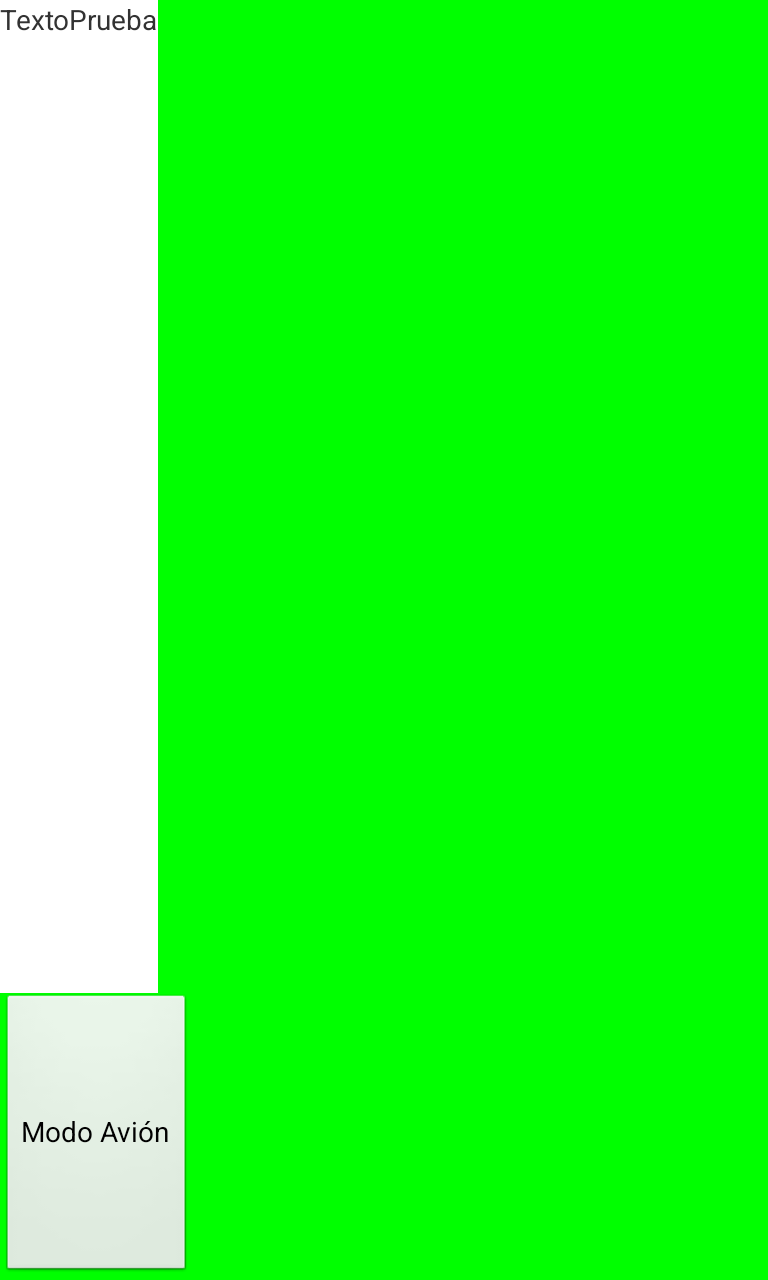
Repository: rocapal/cursoAndroidURJC
Layout: 2ndEdition/beatriz.munozmanso/ActivitiesAndRelatives/res/layout/linearlayout_ver.xml
An editor plug-in stored every save of this project. The layout is shown before and after the next save, followed by the edit.
It is drawn on a 768 x 1280 px phone screen (xhdpi) without system bars, with theme AppTheme; the app's code is not run.

Above is the layout before, as saved 2013-02-04 16:44:10.

### 2ndEdition/beatriz.munozmanso/ActivitiesAndRelatives/res/layout/linearlayout_ver.xml
<?xml version="1.0" encoding="utf-8"?>
<LinearLayout
    xmlns:android="http://schemas.android.com/apk/res/android"
    android:orientation="vertical"
    android:layout_width="fill_parent"
    android:layout_height="wrap_content"
    android:background="#FF00FF00"
 >
 <TextView
     android:layout_width="wrap_content"
    android:layout_height="wrap_content"
    android:text="TextoPrueba"
    android:background="#FFFFFFFF"
    android:layout_weight="5"
 ></TextView>

 <Button
    android:layout_width="wrap_content"
    android:layout_height="wrap_content"
    android:text="@string/plane"
    android:layout_weight="1"
    ></Button>
 </LinearLayout>

### 2ndEdition/beatriz.munozmanso/ActivitiesAndRelatives/res/values/strings.xml
<?xml version="1.0" encoding="utf-8"?>
<resources>

    <string name="app_name">ActivitiesAndRelatives</string>
    <string name="hello_world">Hello world!</string>
    <string name="menu_settings">Settings</string>
    <string name="select">Selecciona un Layout</string>
    <string name="complex">Mix Layout</string>
    <string name="vertical">Vertical Layout</string>
    <string name="horizontal">Horizontal Layout</string>
    <string name="frame">Frame Layout</string>
    <string name="relative">Relative Layout</string>
    <string name="app_name1">Actividad Frame Layout</string>
    <string name="app_name2">Actividad Horizontal Layout</string>
    <string name="app_name3">Actividad Lineat Layout</string>
    <string name="app_name4">Actividad Relative Layout</string>
    <string name="app_name5">Actividad All Layouts</string>
    <string name="call">Emergency Call</string>
    <string name="google">Google Web Site</string>
    <string name="plane">Modo Avión</string>

</resources>

Loaded but not shown: 2ndEdition/beatriz.munozmanso/ActivitiesAndRelatives/res/values/styles.xml (common file)

After the next save:
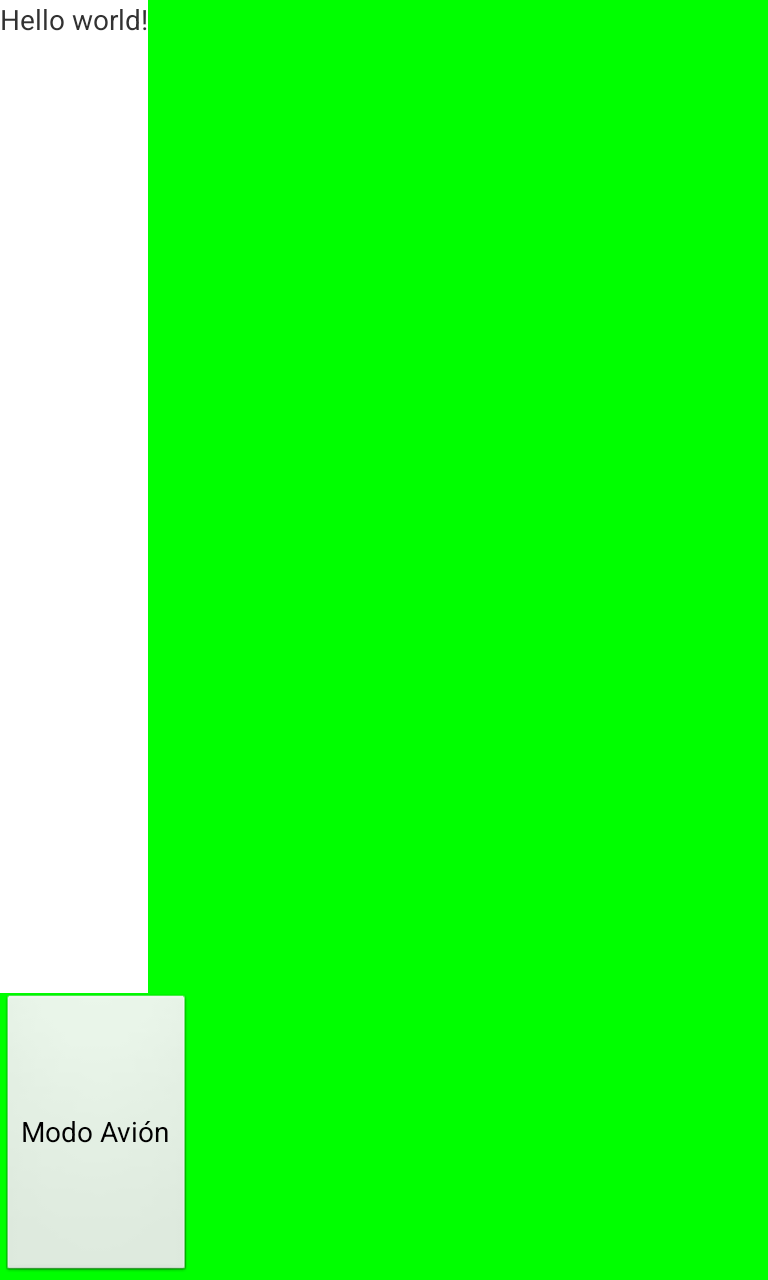
Saved 23 s later.
--- a/2ndEdition/beatriz.munozmanso/ActivitiesAndRelatives/res/layout/linearlayout_ver.xml
+++ b/2ndEdition/beatriz.munozmanso/ActivitiesAndRelatives/res/layout/linearlayout_ver.xml
@@ -9,7 +9,7 @@
  <TextView
      android:layout_width="wrap_content"
     android:layout_height="wrap_content"
-    android:text="TextoPrueba"
+    android:text="@string/hello_world"
     android:background="#FFFFFFFF"
     android:layout_weight="5"
  ></TextView>
